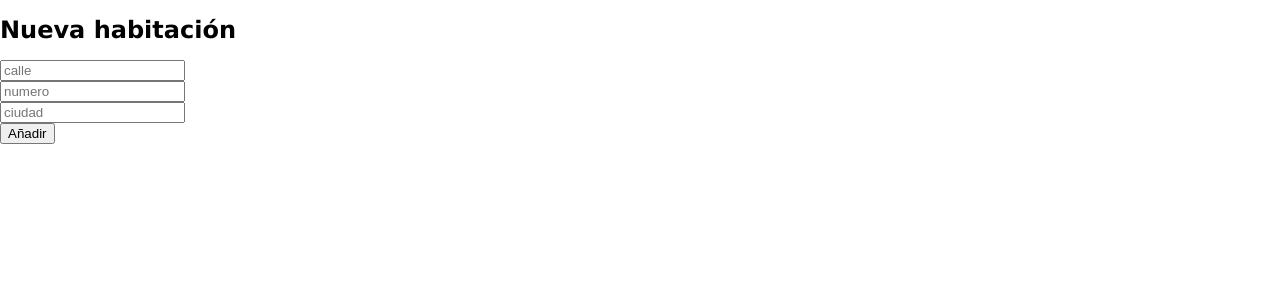
Repository: anagut/java-web
Page: http://localhost/HelloLogin/nuevahabitacion
These files come from the project's save history. The page is drawn as it stood at one moment and after the next save; the edit follows.
The browser window is 1280 px wide. The pictures show the whole page.
The page is served by Tomcat 9.

Above is the page before, as saved 2018-11-16 10:12:55.
Console error: TypeError: Cannot set properties of null (setting 'onclick')

After the next save:
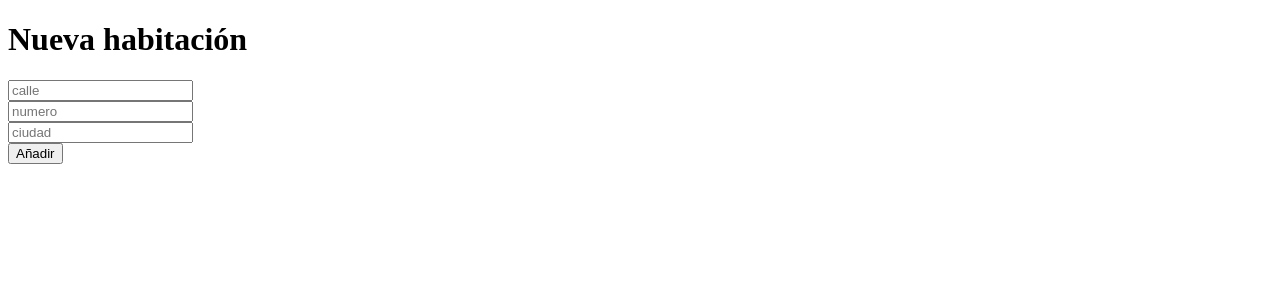
Saved 53 s later.
--- a/HelloLogin/WebContent/nuevahabitacion.jsp
+++ b/HelloLogin/WebContent/nuevahabitacion.jsp
@@ -5,7 +5,7 @@
 <head>
 <meta charset="UTF-8">
 <title>Nueva habitación</title>
-<link rel="stylesheet" href="./css/style.css"></link>
+
 </head>
 
 <body>
